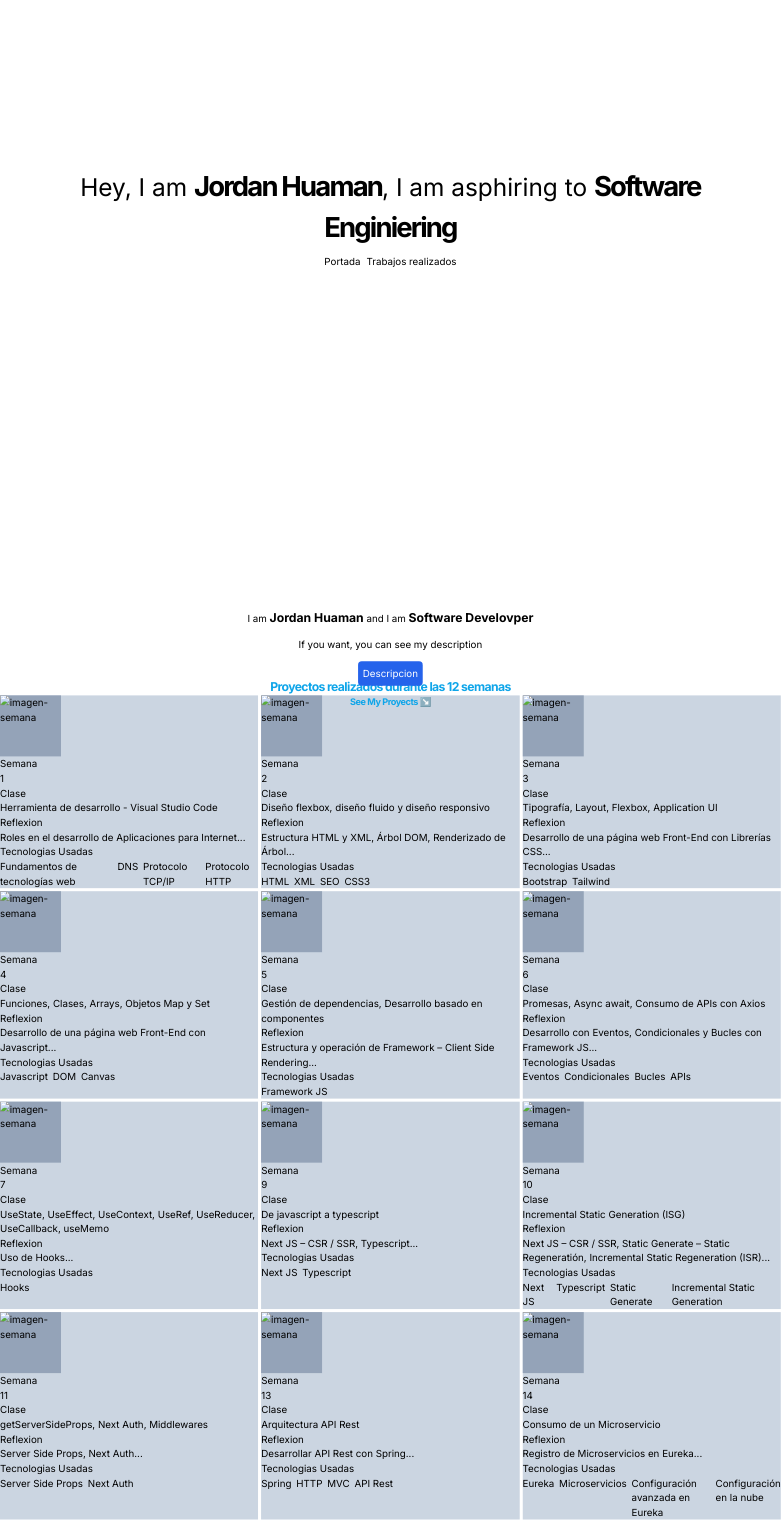
Repository: devsecops-node/portafolio-nextj-pages
Page: /
These files come from the project's save history. The page is drawn as it stood at one moment and after the next save; the edit follows.
The browser window is 1280 px wide. The pictures show the whole page, at 61% of full size.
The project was rebuilt for these pictures with package versions that can differ from the ones it lists, and the page was loaded fresh each time. The framework's server and built-in components were replaced by stand-ins that run in the browser. Also part of the build but not shown: next.config.js, src/components/Modal.jsx, src/styles/transitionPage.module.css.

Above is the page before, as saved 2024-01-15 04:51:34.

After the next save:
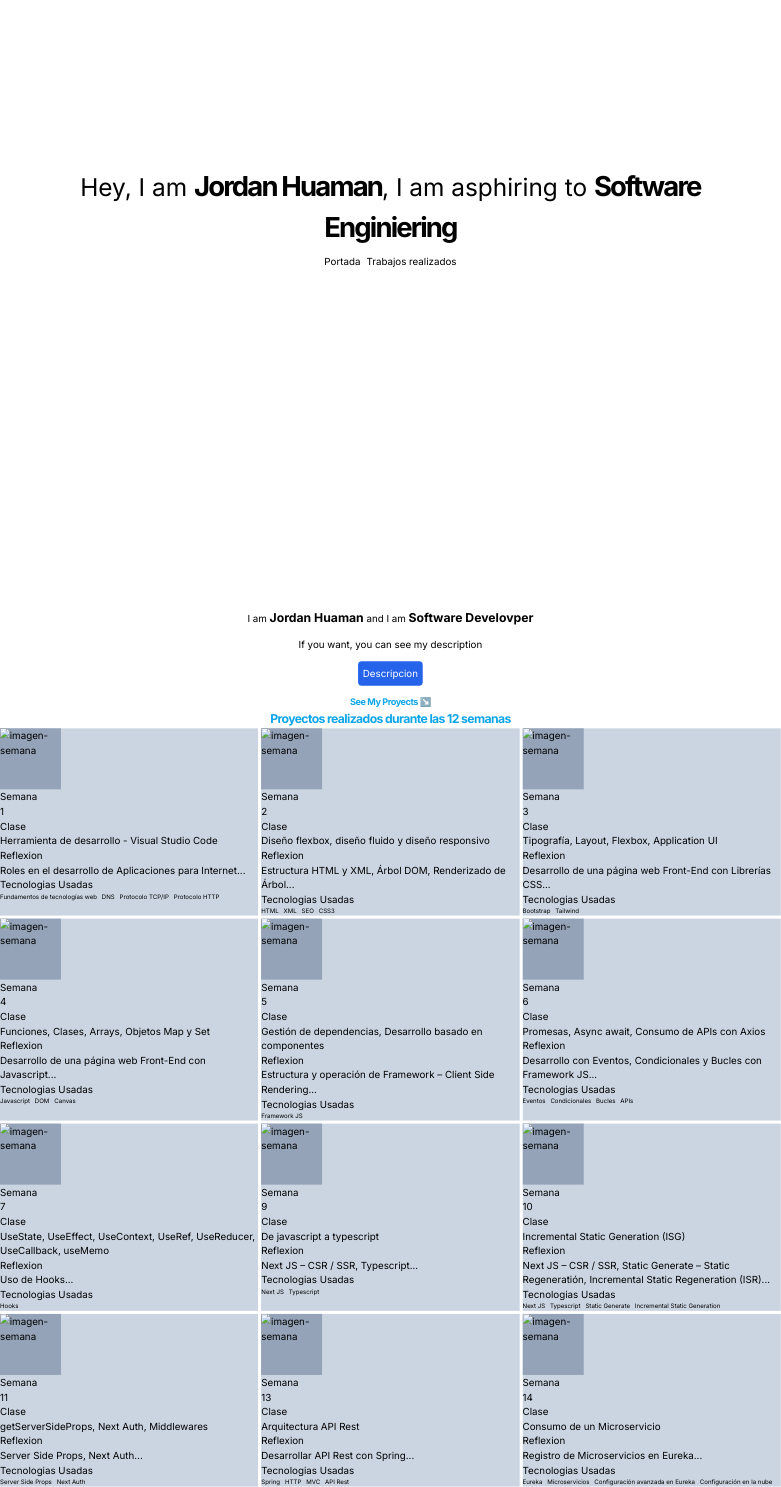
Saved 21 s later.
--- a/src/components/Card.jsx
+++ b/src/components/Card.jsx
@@ -19,7 +19,7 @@ const Card = ({ proyect }) => {
       <div>
         <p>Tecnologias Usadas</p>
         <div className='flex gap-2'>
-          {proyect.tecnologias_usadas.map(tec => <p>{tec}</p>)}
+          {proyect.tecnologias_usadas.map(tec => <p className='text-[10px]'>{tec}</p>)}
         </div>
       </div>
     </section>
